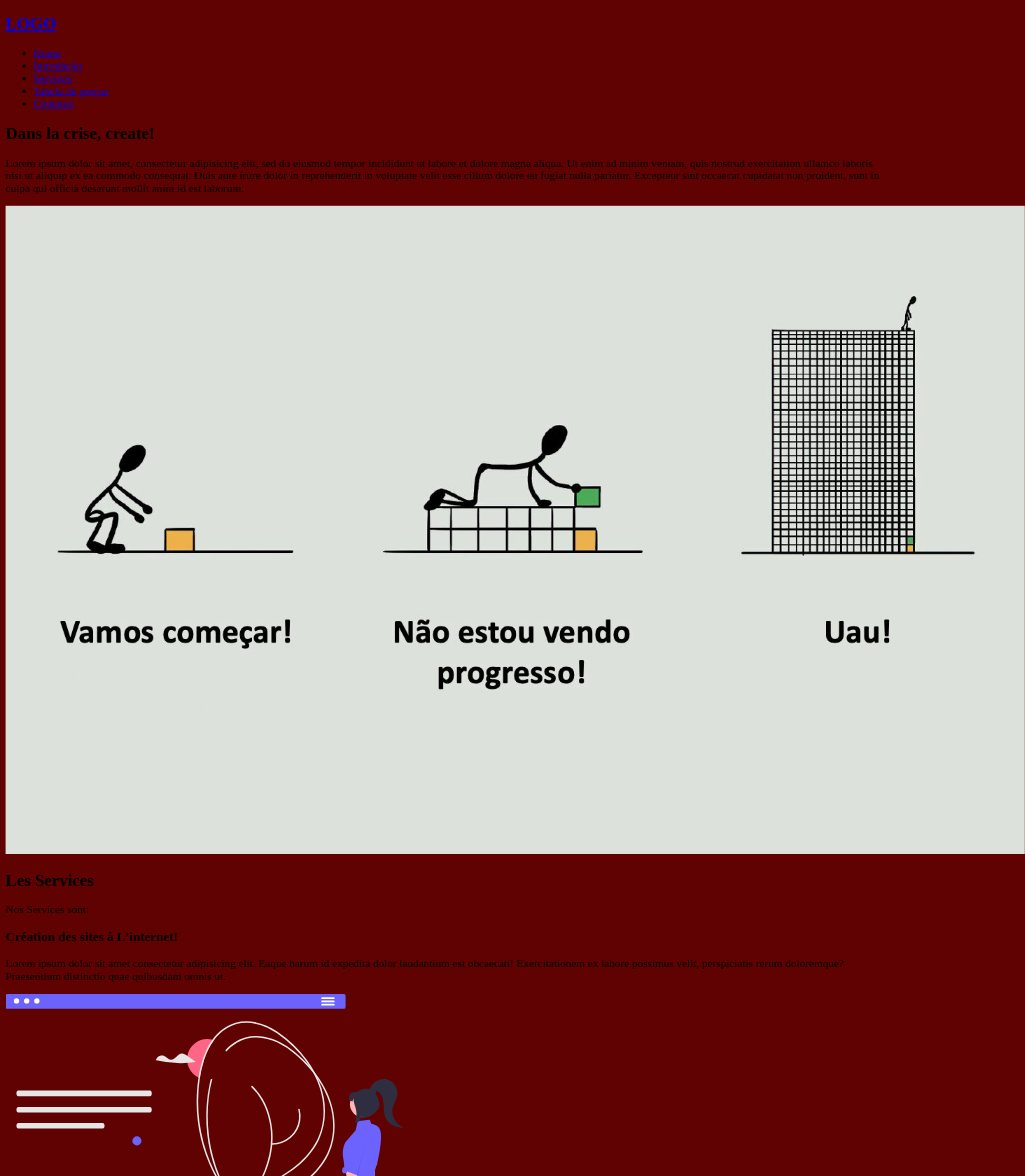
Repository: MarcioFreitasUFSC21/Proejct00
Page: ExampleSite/Assets/index2.html
An editor plug-in stored every save of this project. The page is shown before and after the next save, followed by the edit.
The browser window is 1280 px wide. The page is 1464 px wide, so the pictures cover 1464 px, including what lies to the right of the window. The pictures show the part of the page from y = 0 to 1680 px (the page is 3767 px tall), at 70% of full size.

Above is the page before, as saved 2023-03-18 21:23:50.

### ExampleSite/Assets/index2.html
<!DOCTYPE html>
<html lang="pt-br">
<head>
    <meta charset="UTF-8">
    <meta http-equiv="X-UA-Compatible" content="IE=edge">
    <meta name="viewport" content="width=device-width, initial-scale=1.0">
    <title>The first page</title>
    <link rel="stylesheet" href="Assets/CSS/style.css">
</head>
<body>
    <section>
        <div>
            <h1><a href="#">LOGO </a></h1>
            <nav>
                <ul>
                    <li><a href="#">Home</a></li>
                    <li><a href="#"> Introdução</a></li>
                    <li><a href="#"> Serviços</a></li>
                    <li><a href="#"> Tabela de preços</a></li>
                    <li><a href="#"> Contatos</a></li>
                </ul>
            </nav>
        </div>
    </section>
    <section>
        <div>
            <h2> Dans la crise, create!</h2>
            <p>Lorem ipsum dolor sit amet, consectetur adipisicing elit, sed do eiusmod tempor incididunt ut labore et dolore magna aliqua. Ut enim ad minim veniam, quis nostrud exercitation ullamco laboris nisi ut aliquip ex ea commodo consequat. Duis aute irure dolor in reprehenderit in voluptate velit esse cillum dolore eu fugiat nulla pariatur. Excepteur sint occaecat cupidatat non proident, sunt in culpa qui officia deserunt mollit anim id est laborum.</p>
        </div>
        <div>
            <img src="Assets/img2/lesson.jpg">
        </div>
    </section>
    <section>
        <div>
            <h2>Les Services</h2>
            <p> Nos Services sont: </p>
        </div>
        <div>
            <article>
                <h3>Création des sites à L'internet!</h3>
                <p> Lorem ipsum dolor sit amet consectetur adipisicing elit. Eaque harum id expedita dolor laudantium est obcaecati! Exercitationem ex labore possimus velit, perspiciatis rerum doloremque? Praesentium distinctio quae quibusdam omnis ut.</p>
                <div>
                    <img src="Assets/img2/site.svg">
                </div>
            </article>
            <article>
                <h3>Création des jingles comme chansons!</h3>
                <p> Lorem ipsum dolor sit amet consectetur adipisicing elit. Eaque harum id expedita dolor laudantium est obcaecati! Exercitationem ex labore possimus velit, perspiciatis rerum doloremque? Praesentium distinctio quae quibusdam omnis ut.</p>
                <div>
                    <img src="Assets/img2/jingle.svg">
                </div>
            </article>
            <article>
                <h3>Faire la enregistrement de clipes personneles!</h3>
                <p> Lorem ipsum dolor sit amet consectetur adipisicing elit. Eaque harum id expedita dolor laudantium est obcaecati! Exercitationem ex labore possimus velit, perspiciatis rerum doloremque? Praesentium distinctio quae quibusdam omnis ut.</p>
                <div>
                    <img src="Assets/img2/jingle.svg">
                </div>
            </article>
        </div>
    </section>
    <section>
        <div>
            <h2> La Table de prices</h2>
            <table>
                <thead>
                    <tr>
                        <th> Les Produits</th>
                        <th> Les Prices</th>
                    </tr>

                </thead>
                <tbody>
                    <tr>
                        <td> Création de Sites à L'internet: </td>
                        <td> a partir de R$ 500,00 </td>
                    </tr>
                    <tr>
                        <td> Création de Jingles ou chansons musicales:  </td>
                        <td> a partir de R$ 800,00 </td>
                    </tr>
                    <tr>
                        <td> Enregistrement de clipes </td>
                        <td> a partir de R$ 5000,00 </td>
                    </tr>
                </tbody>
            </table>
        </div>
    </section>
    <section>
        <h2> Faire son enregistrement maintenain!</h2>
        <h3> Recevoir les Bonnes nouvelles et more...</h3>
        <form>
            <input type="email" name="email" placeholder = "son email electronique" id="email">
            <button> envoiyer </button>
        </form>
    </section>
    <footer>
        <p> Lorem ipsum dolor sit amet consectetur, adipisicing elit. Maxime, architecto voluptatem est commodi ipsam tenetur quas excepturi eos suscipit, repudiandae iste aspernatur aliquam incidunt! Eligendi fugiat aut ea tempora? Doloremque.</p>
    </footer>
</body>
</html>

### ExampleSite/Assets/Assets/CSS/style.css
body {background: rgb(97, 2, 2);}

After the next save:
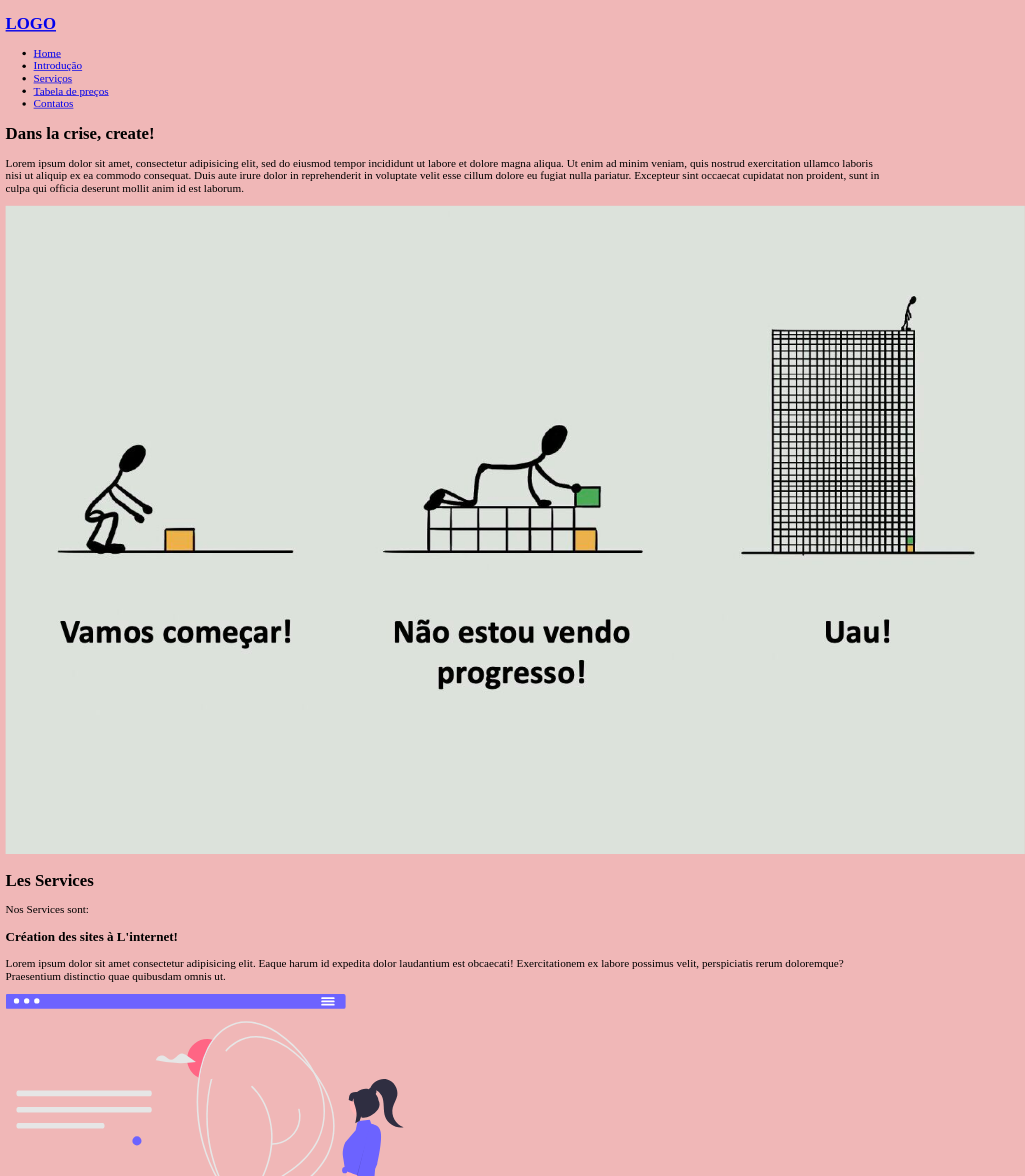
Saved 72 s later.
--- a/ExampleSite/Assets/Assets/CSS/style.css
+++ b/ExampleSite/Assets/Assets/CSS/style.css
@@ -1 +1 @@
-body {background: rgb(97, 2, 2);}
+body {background: rgb(240, 183, 183);}
